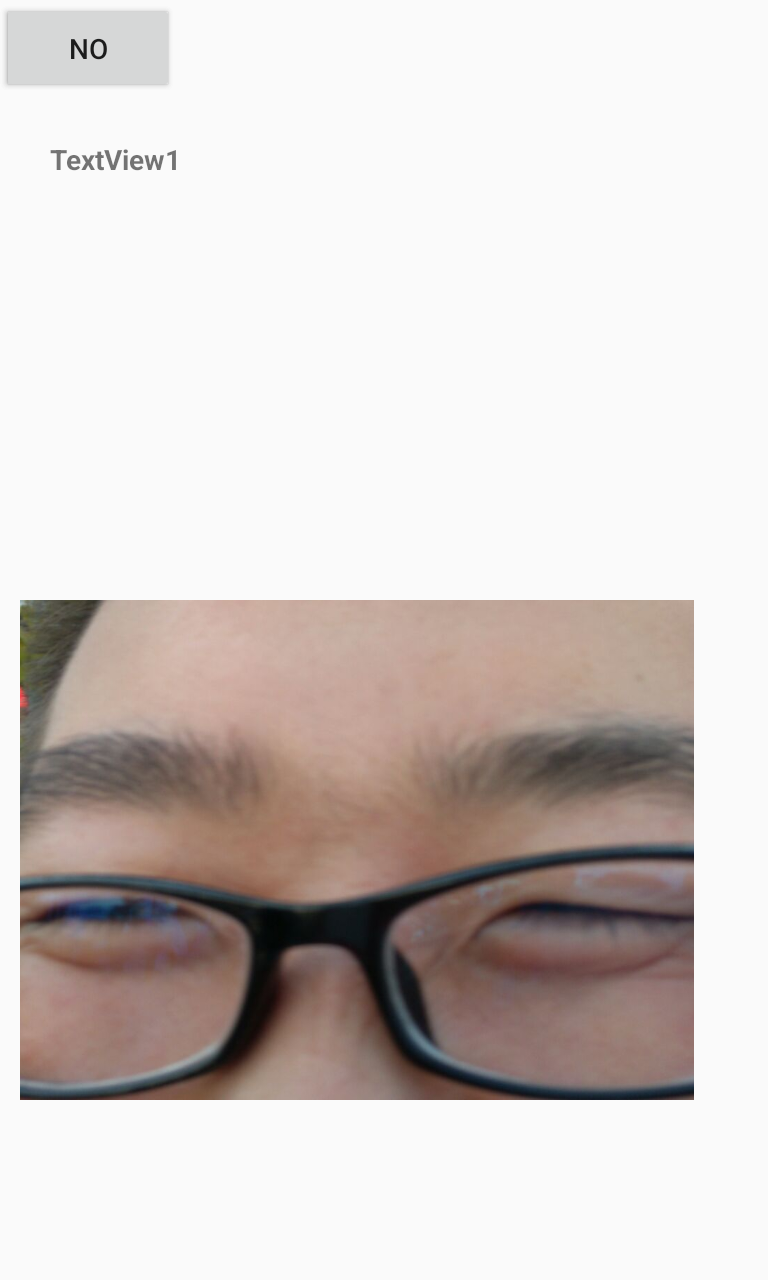
Repository: mjchow/qiuyi
Layout: demo1/res/layout/activity_main.xml
The author's editor kept a copy of each file at every save. The layout is drawn from the files as they stood at one save, then again after the next save.
It is drawn on a 768 x 1280 px phone screen (xhdpi) without system bars, with theme AppTheme; the app's code is not run.

Above is the layout before, as saved 2014-12-25 16:15:37.

After the next save:
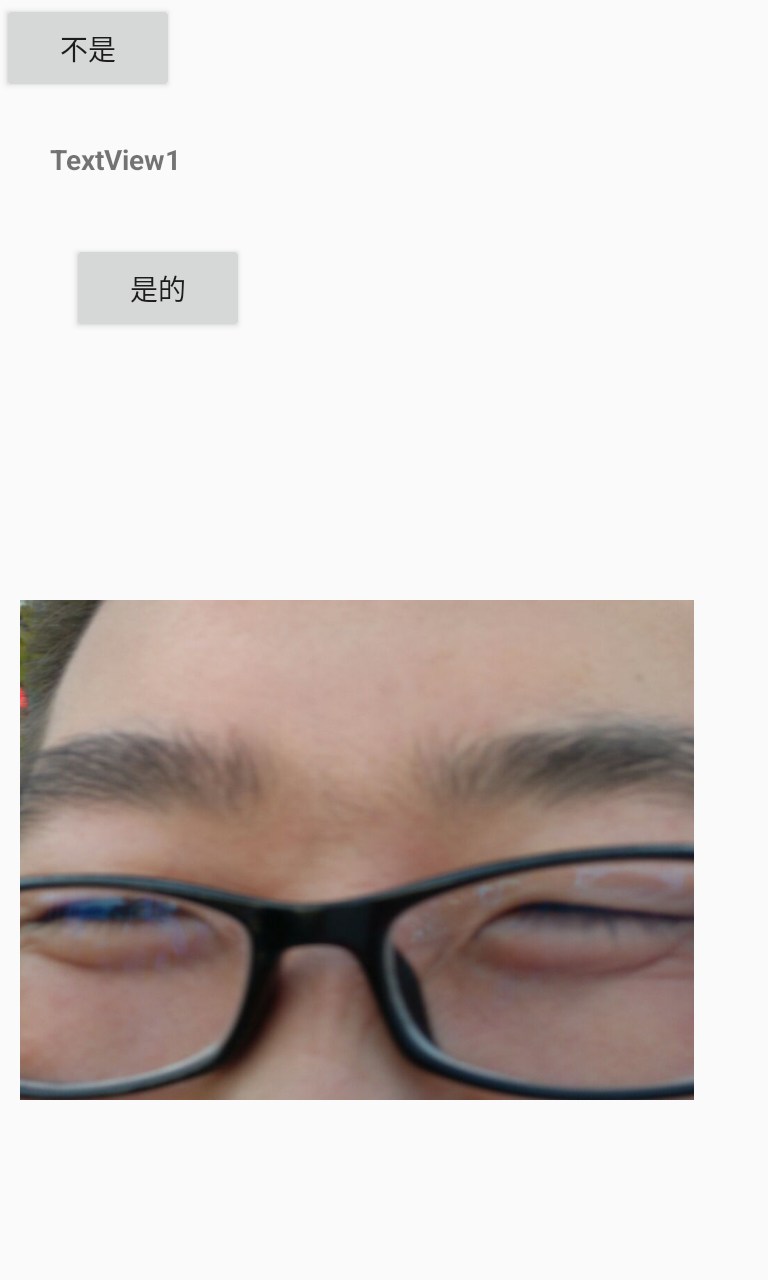
Saved 52 s later.
--- a/demo1/res/layout/activity_main.xml
+++ b/demo1/res/layout/activity_main.xml
@@ -35,12 +35,14 @@
         android:id="@+id/button1"
         android:layout_width="wrap_content"
         android:layout_height="wrap_content"
-        android:text="yes" />
+        android:layout_marginLeft = "35dp"
+        android:layout_marginTop = "120dp"
+        android:text="是的" />
 
     <Button
         android:id="@+id/button2"
         android:layout_width="wrap_content"
         android:layout_height="wrap_content"
-        android:text="no" />
+        android:text="不是" />
 
 </FrameLayout>
